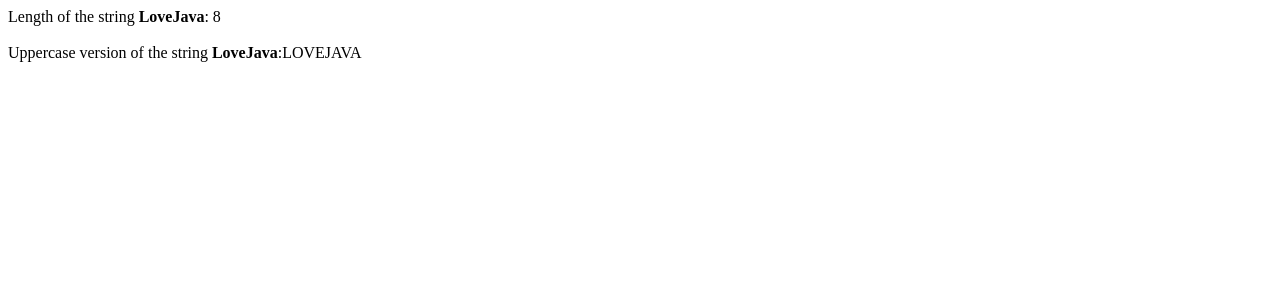
Repository: bpaudel2/jsp-and-servlets-demo
Page: http://localhost/tagDemo/function-test.jsp
The author's editor kept a copy of each file at every save. The page is drawn from the files as they stood at one save, then again after the next save.
The browser window is 1280 px wide. The pictures show the whole page.
The page is served by Tomcat 9. Other server files are loaded and not shown.

Above is the page before, as saved 2019-05-27 16:32:26.

### tagDemo/WebContent/function-test.jsp
<%@ taglib uri="http://java.sun.com/jsp/jstl/core" prefix="c" %>
<%@ taglib uri="http://java.sun.com/jsp/jstl/functions" prefix="fn" %>

<html>

<body>
<c:set var="data" value="LoveJava" />
Length of the string <b>${data}</b>: ${fn:length(data)}
<br><br>

Uppercase version of the string <b>${data}</b>:${fn:toUpperCase(data)}
</body>

</html>

After the next save:
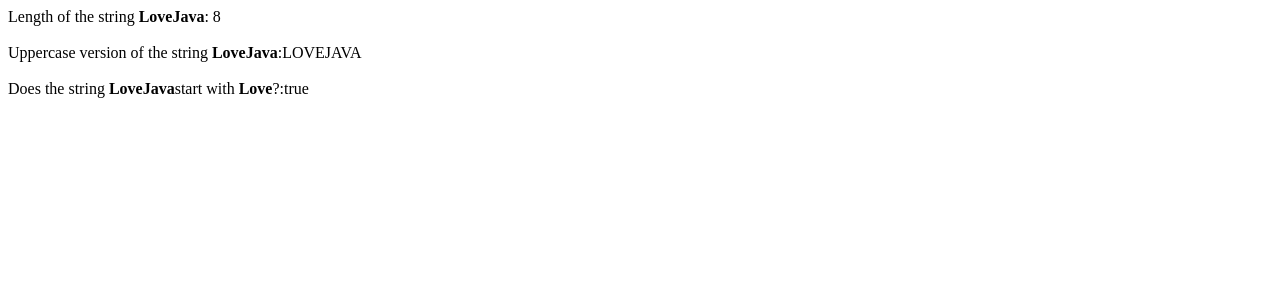
Saved 2 min 17 s later.
--- a/tagDemo/WebContent/function-test.jsp
+++ b/tagDemo/WebContent/function-test.jsp
@@ -9,6 +9,10 @@ Length of the string <b>${data}</b>: ${fn:length(data)}
 <br><br>
 
 Uppercase version of the string <b>${data}</b>:${fn:toUpperCase(data)}
+
+<br><br>
+
+Does the string <b>${data}</b>start with <b>Love</b>?:${fn:startsWith(data,"Love")}
 </body>
 
 </html>
